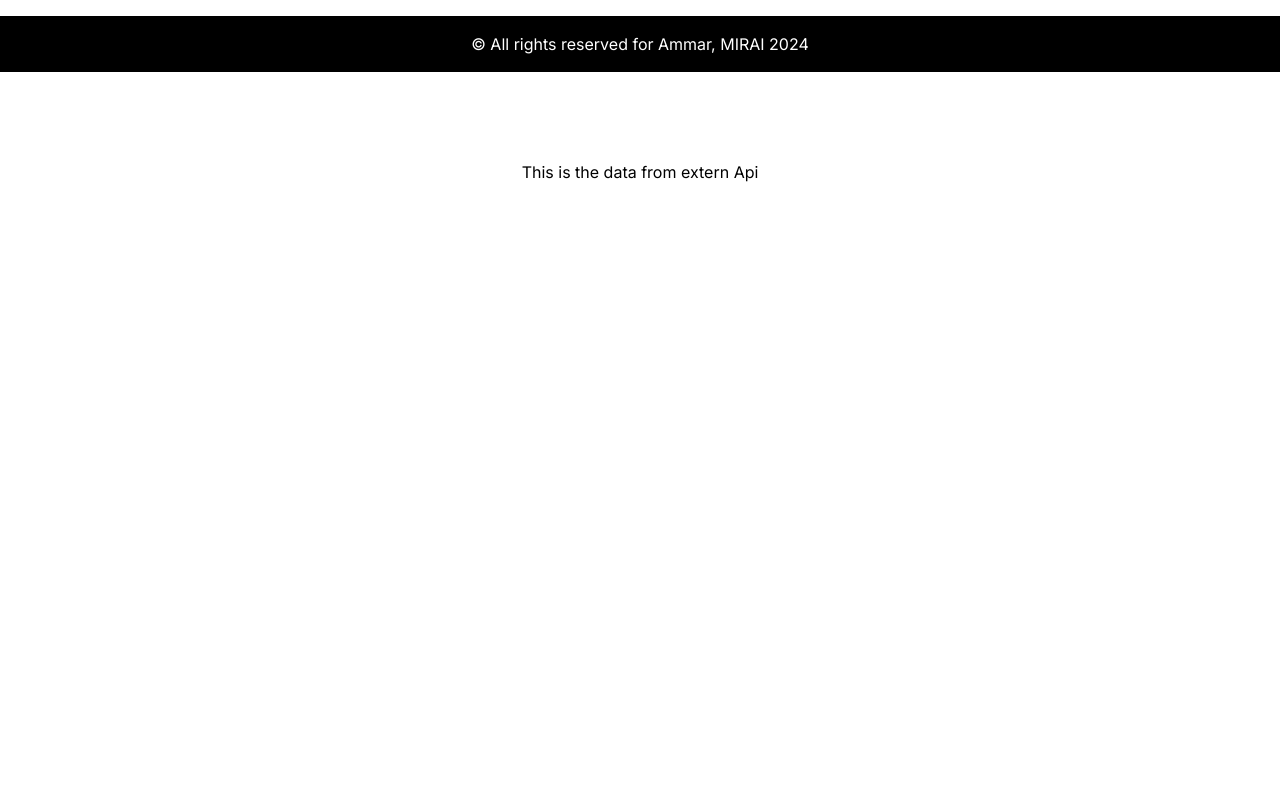
Repository: aobeid1979/MIRAI_V2
Page: /services (app in mirai-vt/)
An editor plug-in stored every save of this project. The page is shown before and after the next save, followed by the edit.
The browser window is 1280 px wide. The pictures show the part of the page from y = 800 to 1600 px (the page is 1600 px tall before and 904 px after).
The page's requests for data from a server got no answer. The project was rebuilt for these pictures with package versions that can differ from the ones it lists, and the page was loaded fresh each time. The framework's server and built-in components were replaced by stand-ins that run in the browser. No one was signed in, and anything a server would have sent is missing. Also part of the build but not shown: mirai-vt/next.config.mjs.

Above is the page before, as saved 2024-05-14 11:37:28.

After the next save:
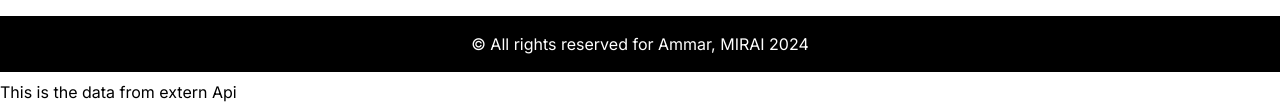
Saved 42 s later.
--- a/mirai-vt/src/app/services/page.jsx
+++ b/mirai-vt/src/app/services/page.jsx
@@ -7,16 +7,15 @@ import dji122Image from '../../../public/images/högt3.jpg';
 
 export default function Page() {
   const [data, setData] = useState(null);
-
   useEffect(() => {
     fetch('https://jsonplaceholder.typicode.com/posts/1')
       .then((response) => response.json())
       .then((json) => setData(json));
   }, []);
-
   return (
     <PageLayout>
       <Navbar />
+
       <section
         className="bg-black border-b border-indigo-500 py-20 mb-4"
         style={{
@@ -33,28 +32,31 @@ export default function Page() {
             This is Service Page
           </p>
         </div>
-        <div className="flex justify-center items-start min-h-screen pt-20">
-          <p className="text-black text-center md:text-left">
-            This is the data from extern Api
-          </p>
+        <div>
+          <p>This is the data from extern Api</p>
           {data && (
-            <div className="text-white">
-              <p>
-                <strong>User ID:</strong> {data.userId}
-              </p>
-              <p>
-                <strong>ID:</strong> {data.id}
-              </p>
-              <p>
-                <strong>Title:</strong> {data.title}
-              </p>
-              <p>
-                <strong>Body:</strong> {data.body}
-              </p>
+            <div>
+              {data && (
+                <div className="text-white">
+                  <p>
+                    <strong>User ID:</strong> {data.userId}
+                  </p>
+                  <p>
+                    <strong>ID:</strong> {data.id}
+                  </p>
+                  <p>
+                    <strong>Title:</strong> {data.title}
+                  </p>
+                  <p>
+                    <strong>Body:</strong> {data.body}
+                  </p>
+                </div>
+              )}
             </div>
           )}
         </div>
       </section>
+
       <Footer />
     </PageLayout>
   );
